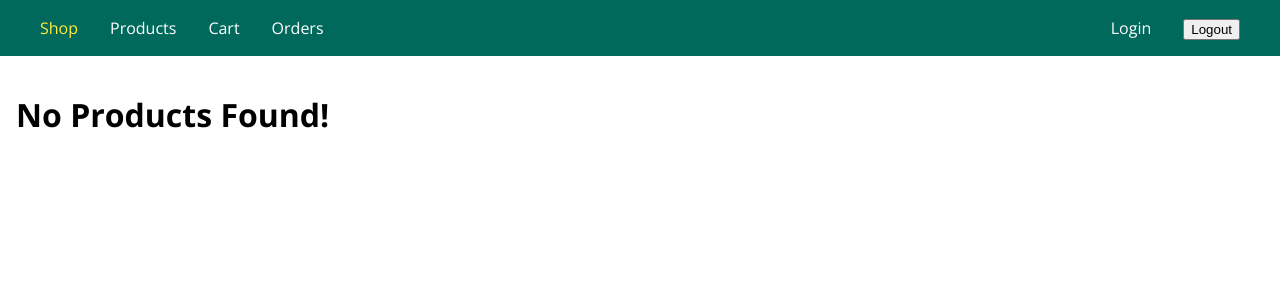
Repository: petref/RASPCODES
Page: http://localhost/
These files come from the project's save history. The page is drawn as it stood at one moment and after the next save; the edit follows.
The browser window is 1280 px wide. The pictures show the whole page.
The page is served by the project's Node server (app.js). Other server files are loaded and not shown. Queries for data that is not in the repository find no rows.

Above is the page before, as saved 2020-01-14 14:45:49.

### shopNode/views/shop/index.ejs
<%- include('../includes/head.ejs') %>
    <link rel="stylesheet" href="/css/product.css">
    </head>

    <body>
        <%- include('../includes/navigation.ejs') %>

            <main>
                <% if (prods.length > 0) { %>
                    <div class="grid">
                        <% for (let product of prods) { %>
                            <article class="card product-item">
                                <header class="card__header">
                                    <h1 class="product__title">
                                        <%= product.title %>
                                    </h1>
                                </header>
                                <div class="card__image">
                                    <img src="<%= product.imageUrl %>" alt="<%= product.title %>">
                                </div>
                                <div class="card__content">
                                    <h2 class="product__price">$
                                        <%= product.price %>
                                    </h2>
                                    <p class="product__description">
                                        <%= product.description %>
                                    </p>
                                </div>
                                <div class="card__actions">
                                    <%-  include('../includes/add-to-cart.ejs', {product: product}) %>
                                </div>
                            </article>
                            <% } %>
                    </div>
                    <% } else { %>
                        <h1>No Products Found!</h1>
                        <% } %>
            </main>
            <%- include('../includes/end.ejs') %>

### shopNode/views/includes/navigation.ejs
<div class="backdrop"></div>
<header class="main-header">
    <button id="side-menu-toggle">Menu</button>
    <nav class="main-header__nav">
        <ul class="main-header__item-list">
            <li class="main-header__item">
                <a class="<%= path === '/' ? 'active' : '' %>" href="/">Shop</a>
            </li>
            <li class="main-header__item">
                <a class="<%= path === '/products' ? 'active' : '' %>" href="/products">Products</a>
            </li>
            <li class="main-header__item">
                <a class="<%= path === '/cart' ? 'active' : '' %>" href="/cart">Cart</a>
            </li>
            <li class="main-header__item">
                <a class="<%= path === '/orders' ? 'active' : '' %>" href="/orders">Orders</a>
            </li>
            <% if(isAuthenticated) { %>
                <li class="main-header__item">
                    <a class="<%= path === '/admin/add-product' ? 'active' : '' %>" href="/admin/add-product">Add Product
                </a>
                </li>
                <li class="main-header__item">
                    <a class="<%= path === '/admin/products' ? 'active' : '' %>" href="/admin/products">Admin Products
                </a>
                </li>
                <% } %>

        </ul>
        <ul class="main-header__item-list">
            <li class="main-header__item">
                <a class="<%= path === '/login' ? 'active' : '' %>" href="/login">Login</a>
            </li>
            <li class="main-header__item">
                <form action='/logout' method="post">
                    <button type='submit'>Logout</button>
                </form>
            </li>
        </ul>
    </nav>
</header>

<nav class="mobile-nav">
    <ul class="mobile-nav__item-list">
        <li class="mobile-nav__item">
            <a class="<%= path === '/' ? 'active' : '' %>" href="/">Shop</a>
        </li>
        <li class="mobile-nav__item">
            <a class="<%= path === '/products' ? 'active' : '' %>" href="/products">Products</a>
        </li>
        <li class="mobile-nav__item">
            <a class="<%= path === '/cart' ? 'active' : '' %>" href="/cart">Cart</a>
        </li>
        <li class="mobile-nav__item">
            <a class="<%= path === '/orders' ? 'active' : '' %>" href="/orders">Orders</a>
        </li>
        <li class="mobile-nav__item">
            <a class="<%= path === '/admin/add-product' ? 'active' : '' %>" href="/admin/add-product">Add Product
                    </a>
        </li>
        <li class="mobile-nav__item">
            <a class="<%= path === '/admin/products' ? 'active' : '' %>" href="/admin/products">Admin Products
                    </a>
        </li>
    </ul>
</nav>

### shopNode/app.js
const path = require('path');
const mongoose = require('mongoose');
const session = require('express-session');
const mongoDBStore = require('connect-mongodb-session')(session);

const express = require('express');
const bodyParser = require('body-parser');

const errorController = require('./controllers/error');
const User = require('./models/user')

const MONGODB_URI = 'mongodb+srv://petroupb:Transport%40poli2019@cluster0-zo0ok.mongodb.net/test';

const app = express();
const store = new mongoDBStore({
    uri: MONGODB_URI,
    collection: 'sessions'
});

app.set('view engine', 'ejs');
app.set('views', 'views');

const adminRoutes = require('./routes/admin');
const shopRoutes = require('./routes/shop');
const authRoutes = require('./routes/auth')

app.use((req, res, next) => {
    User.findById("5e191cec9a261b48ec442cd7")
        .then(user => {
            req.user = user;
            next();
        })
        .catch(err => {
            console.log(err)
        })
})

// TEST THE SQL CONNECTION POOLS
//  db.execute('SELECT * FROM products')
//     .then((result) => {
//         console.log(result[0])
//     })
//     .catch((err) => {
//         console.log(err);
//     });

app.use(bodyParser.urlencoded({ extended: false }));
app.use(express.static(path.join(__dirname, 'public')));
app.use(
    session({
        secret: 'mySession Secret',
        resave: false,
        saveUninitialized: false,
        store: store
    }))


app.use('/admin', adminRoutes);
app.use(shopRoutes);
app.use(authRoutes);

app.use(errorController.get404);

// mongoConnect(() => {
//     app.listen(3000)
// })

mongoose.connect(MONGODB_URI, { useNewUrlParser: true })
    .then(result => {
        User.findOne().then(user => {
            if (!user) {
                const user = new User({
                    name: 'Max',
                    email: "max@max.com",
                    cart: {
                        items: []
                    }
                });
            }
            user.save();
        })
        app.listen(3000);
    })
    .catch(err => { console.log(err) });

### shopNode/controllers/shop.js
const Product = require('../models/product');
const Order = require('../models/order');

exports.getProducts = (req, res, next) => {
    Product.find()
        .then(products => {
            console.log(req.isLoggedIn)
            res.render('shop/product-list', {
                prods: products,
                pageTitle: 'All products',
                path: '/products',
                isAuthenticated: req.isLoggedIn
            })
        })
        .catch(err => {
            console.log(err)
        })
};

exports.getProduct = (req, res, next) => {
    const prodId = req.params.productId;
    Product.findById(prodId)
        .then((product) => {
            console.log(product);
            res.render('shop/product-detail', {
                product: product,
                pageTitle: product.pageTitle,
                path: '/products',
                isAuthenticated: req.isLoggedIn
            })
        })
        .catch(err => {
            console.log(err)
        })
}

exports.getIndex = (req, res, next) => {
    Product.find()
        .then(products => {
            res.render('shop/index', {
                prods: products,
                pageTitle: 'Shop',
                path: '/',
                isAuthenticated: req.isLoggedIn
            })
        })
        .catch(err => {
            console.log(err)
        })
}





exports.getCart = (req, res, next) => {
    req.user
        .populate('cart.items.productId')
        .execPopulate()
        .then(user => {

            console.log(user.cart.items)
            const products = user.cart.items
            res.render('shop/cart', {
                path: '/cart',
                pageTitle: 'MyCart',
                products: products,
                isAuthenticated: req.isLoggedIn
            })
        })
}

exports.postCart = (req, res, next) => {
    const prodId = req.body.productId;
    Product.findById(prodId)
        .then(product => {
            return req.user.addToCart(product);
        })
        .then(result => {
            res.redirect('/cart')
        })
}

exports.postCartDeleteProduct = (req, res, next) => {
    const prodId = req.body.productId
    req.user.removeFromCart(prodId)
        .then(result => {
            res.redirect('/cart')
        })
        .catch(err => { console.log(err) })
}

exports.postOrder = (req, res, next) => {
    req.user
        .populate('cart.items.productId')
        .execPopulate()
        .then(user => {
            const products = user.cart.items.map(i => {
                return {
                    quantity: i.quantity,
                    product: {...i.productId._doc }
                }
            });
            const order = new Order({
                user: {
                    name: req.user.name,
                    userId: req.user
                },
                products: products

            })
            return order.save()
                .then(result => {
                    req.user.clearCart();
                })
                .then(() => {
                    res.redirect('/orders')
                })
                .catch(err => {
                    console.log(err)
                })
        })
}


exports.getOrders = (req, res, next) => {
    Order.find({ 'user.userId': req.user._id })
        .then(orders => {
            res.render('shop/orders', {
                path: '/orders',
                pageTitle: 'MyOrders',
                orders: orders,
                isAuthenticated: req.isLoggedIn
            })

        })
        .catch(err => { console.log(err) })
}

### shopNode/public/css/main.css
@import url('https://fonts.googleapis.com/css?family=Open+Sans:400,700');
* {
    box-sizing: border-box;
}

body {
    padding: 0;
    margin: 0;
    font-family: 'Open Sans', sans-serif;
}

main {
    padding: 1rem;
    margin: auto;
}

form {
    display: inline;
}

.centered {
    text-align: center;
}

.image {
    height: 20rem;
}

.image img {
    height: 100%;
}

img {
    height: 20rem;
    object-fit: cover;
}

.main-header {
    width: 100%;
    height: 3.5rem;
    background-color: #00695c;
    padding: 0 1.5rem;
    display: flex;
    align-items: center;
}

.main-header__nav {
    height: 100%;
    width: 100%;
    display: flex;
    align-items: center;
    justify-content: space-between;
}

.main-header__item-list {
    list-style: none;
    margin: 0;
    padding: 0;
    display: flex;
}

.main-header__item {
    margin: 0 1rem;
    padding: 0;
}

.main-header__item a {
    text-decoration: none;
    color: white;
}

.main-header__item a:hover,
.main-header__item a:active,
.main-header__item a.active {
    color: #ffeb3b;
}

.mobile-nav {
    width: 30rem;
    height: 100vh;
    max-width: 90%;
    position: fixed;
    left: 0;
    top: 0;
    background: white;
    z-index: 10;
    padding: 2rem 1rem 1rem 2rem;
    transform: translateX(-100%);
    transition: transform 0.3s ease-out;
}

.mobile-nav.open {
    transform: translateX(0);
}

.mobile-nav__item-list {
    list-style: none;
    display: flex;
    flex-direction: column;
    margin: 0;
    padding: 0;
}

.mobile-nav__item {
    margin: 1rem;
    padding: 0;
}

.mobile-nav__item a {
    text-decoration: none;
    color: black;
    font-size: 1.5rem;
    padding: 0.5rem 2rem;
}

.mobile-nav__item a:active,
.mobile-nav__item a:hover,
.mobile-nav__item a.active {
    background: #00695c;
    color: white;
    border-radius: 3px;
}

#side-menu-toggle {
    border: 1px solid white;
    font: inherit;
    padding: 0.5rem;
    display: block;
    background: transparent;
    color: white;
    cursor: pointer;
}

#side-menu-toggle:focus {
    outline: none;
}

#side-menu-toggle:active,
#side-menu-toggle:hover {
    color: #ffeb3b;
    border-color: #ffeb3b;
}

.backdrop {
    position: fixed;
    top: 0;
    left: 0;
    width: 100%;
    height: 100vh;
    background: rgba(0, 0, 0, 0.5);
    z-index: 5;
    display: none;
}

.grid {
    display: flex;
    flex-wrap: wrap;
    justify-content: space-around;
    align-items: stretch;
}

.card {
    box-shadow: 0 2px 8px rgba(0, 0, 0, 0.26);
}

.card__header,
.card__content {
    padding: 1rem;
}

.card__header h1,
.card__content h1,
.card__content h2,
.card__content p {
    margin: 0;
}

.card__image {
    width: 100%;
}

.card__image img {
    width: 100%;
}

.card__actions {
    padding: 1rem;
    text-align: center;
}

.card__actions button,
.card__actions a {
    margin: 0 0.25rem;
}

.btn {
    display: inline-block;
    padding: 0.25rem 1rem;
    text-decoration: none;
    font: inherit;
    border: 1px solid #00695c;
    color: #00695c;
    background: white;
    border-radius: 3px;
    cursor: pointer;
}

.btn:hover,
.btn:active {
    background-color: #00695c;
    color: white;
}

.btn.danger {
    color: red;
    border-color: red;
}

.btn.danger:hover,
.btn.danger:active {
    background: red;
    color: white;
}

@media (min-width: 768px) {
    .main-header__nav {
        display: flex;
    }
    #side-menu-toggle {
        display: none;
    }
}

Loaded but not shown: shopNode/views/includes/head.ejs (common file); shopNode/views/includes/end.ejs (common file); shopNode/public/css/product.css (common file); shopNode/public/js/main.js (common file)

After the next save:
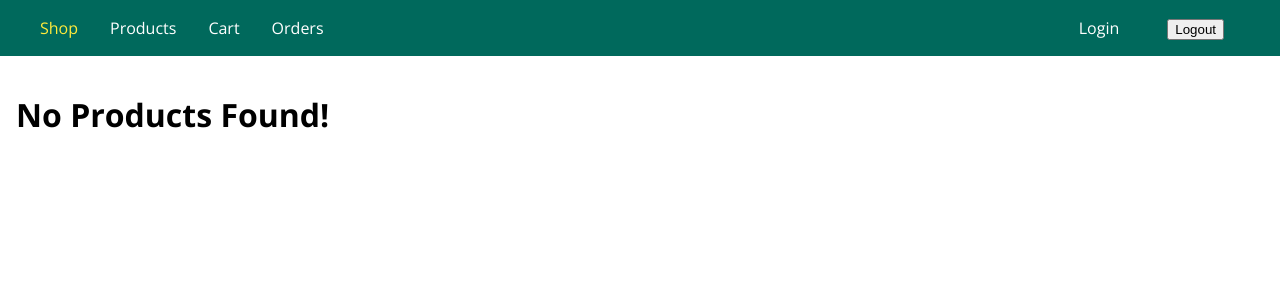
Saved 3 min 23 s later.
--- a/shopNode/views/includes/navigation.ejs
+++ b/shopNode/views/includes/navigation.ejs
@@ -32,7 +32,7 @@
                 <a class="<%= path === '/login' ? 'active' : '' %>" href="/login">Login</a>
             </li>
             <li class="main-header__item">
-                <form action='/logout' method="post">
+                <form class="main-header__item" action='/logout' method="post">
                     <button type='submit'>Logout</button>
                 </form>
             </li>
